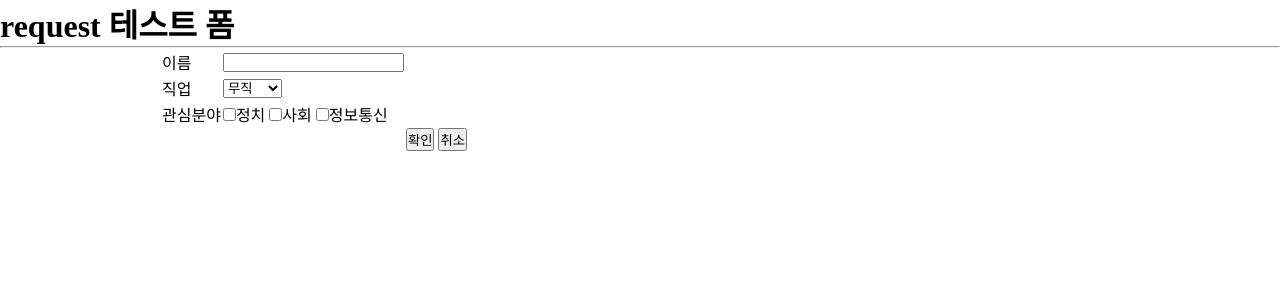
Repository: hhw9797/bitcampjn201904
Page: http://localhost/FirstWeb/request/request.jsp
An editor plug-in stored every save of this project. The page is shown before and after the next save, followed by the edit.
The browser window is 1280 px wide. The pictures show the whole page.
The page is served by Tomcat 9. Other server files are loaded and not shown.

Above is the page before, as saved 2019-06-21 02:06:42.

### html/html5/jsp/FirstWeb/WebContent/request/request.jsp
<%@ page language="java" contentType="text/html; charset=UTF-8"
    pageEncoding="UTF-8"%>
<!DOCTYPE html>
<html>
<head>
<meta charset="UTF-8">
<title>Insert title here</title>
<script src="https://code.jquery.com/jquery-1.12.4.js"></script>
<style>

	* {
		margin: 0;
		padding: 0;
	}

	div {
		width: 960px;
		margin: 0 auto;
	}


</style>
</head>
<body>
<h1>request 테스트 폼</h1>
<hr>
<div>
	<table>
		<tr>
			<td>이름</td>
			<td><input type="text"></td>
		</tr>
		<tr>
			<td>직업</td>
			<td>
				<select>
					<option>무직</option>
					<option>학생</option>
					<option>회사원</option>
				</select>
			</td>
		</tr>
		<tr>
			<td>관심분야</td>
			<td>
				<input type="checkbox">정치
				<input type="checkbox">사회
				<input type="checkbox">정보통신
			</td>
		</tr>
		<tr>
			<td colspan="2"></td>
			<td>
				<input type="submit" value="확인">
				<input type="submit" value="취소">
			</td>
		</tr>
	</table>
</div>
</body>
</html>

After the next save:
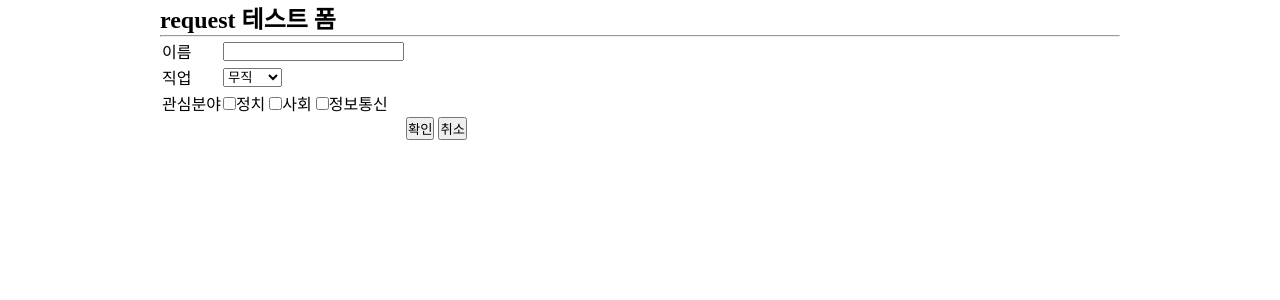
Saved 56 s later.
--- a/html/html5/jsp/FirstWeb/WebContent/request/request.jsp
+++ b/html/html5/jsp/FirstWeb/WebContent/request/request.jsp
@@ -22,9 +22,9 @@
 </style>
 </head>
 <body>
-<h1>request 테스트 폼</h1>
+<div>
+<h2>request 테스트 폼</h2>
 <hr>
-<div>
 	<table>
 		<tr>
 			<td>이름</td>
